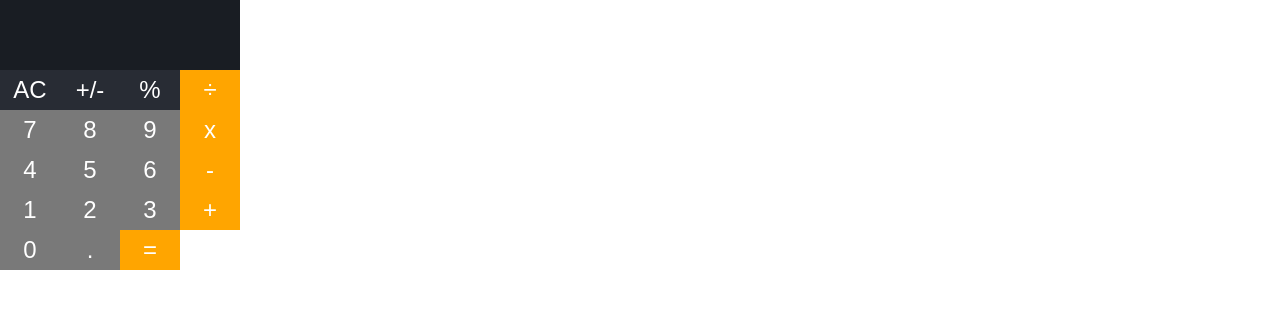
Repository: catsarenotreal/CalculatorWebApp
Page: /
These files come from the project's save history. The page is drawn as it stood at one moment and after the next save; the edit follows.
The browser window is 1280 px wide. The pictures show the whole page.
The project was rebuilt for these pictures with package versions that can differ from the ones it lists, and the page was loaded fresh each time.

Above is the page before, as saved 2024-08-23 10:30:58.

After the next save:
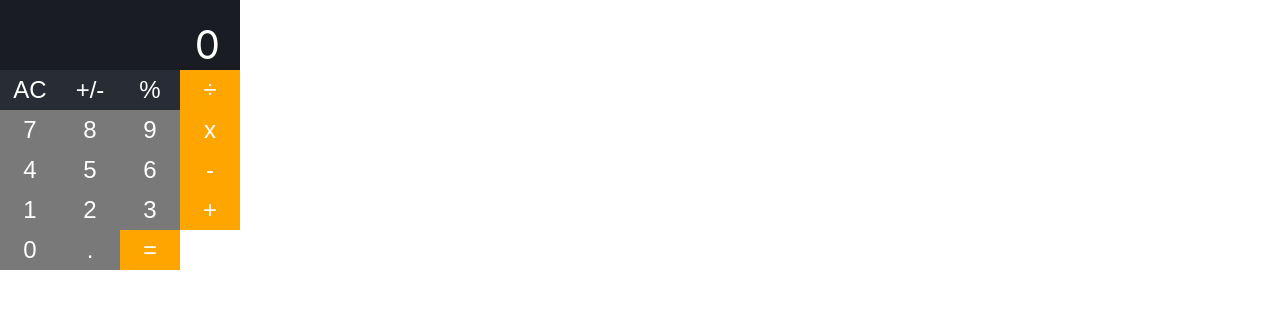
Saved 6 s later.
--- a/src/App.css
+++ b/src/App.css
@@ -58,7 +58,7 @@
   padding:20px;
   /* font-size: 100;
    */
-  font-size:300px;
+  font-size:40px;
   text-align: right;
 
   background-color: #191d23;
